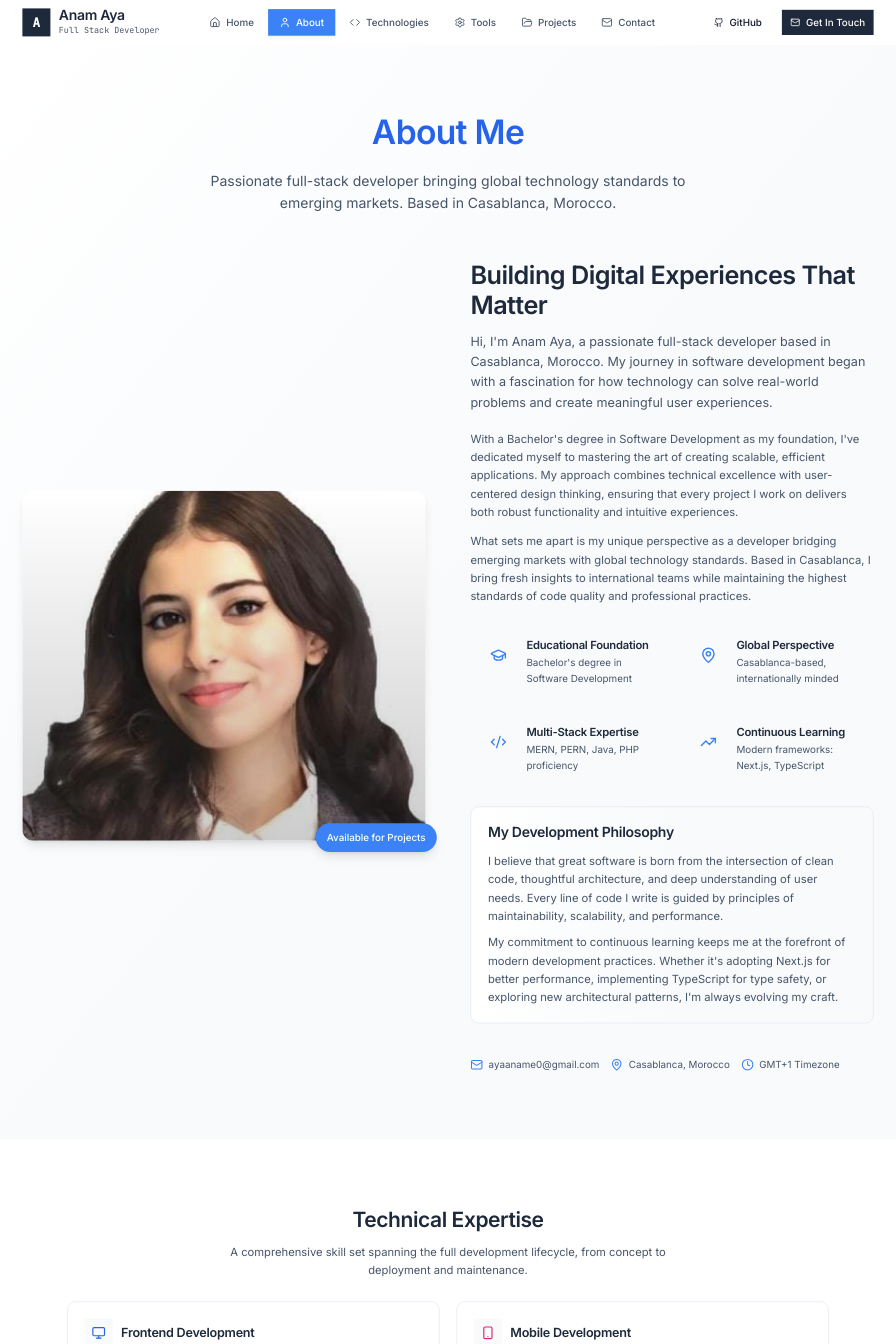
Repository: ayaaas/portflio_aya
Page: /about-me-personal-narrative
These files come from the project's save history. The page is drawn as it stood at one moment and after the next save; the edit follows.
The browser window is 1280 px wide. The pictures show the part of the page from y = 0 to 1920 px (the page is 4280 px tall), at 70% of full size.
The project was rebuilt for these pictures with package versions that can differ from the ones it lists, and the page was loaded fresh each time. Also part of the build but not shown: vite.config.mjs, src/components/ErrorBoundary.jsx, src/pages/hero-section-developer-portfolio/components/ProfileImage.jsx, src/pages/hero-section-developer-portfolio/components/AnimatedText.jsx, src/pages/hero-section-developer-portfolio/components/HeroContent.jsx, src/pages/hero-section-developer-portfolio/components/BackgroundPattern.jsx, src/pages/hero-section-developer-portfolio/components/ScrollIndicator.jsx, src/pages/hero-section-developer-portfolio/index.jsx and 23 more.

Above is the page before, as saved 2025-07-20 01:06:33.

### index.html
<!doctype html>
<html lang="en">

<head>
  <meta charset="utf-8" />
  <title>anam-aya-portfolio</title>
  <meta name="viewport" content="width=device-width, initial-scale=1.0" />
  <meta name="theme-color" content="#000000" />
  <meta name="description" content="Web site created using create-react-app" />
  <link rel="icon" href="/favicon.ico" />
  <link rel="manifest" href="/manifest.json" />
<script type="module" src="https://static.rocket.new/rocket-web.js?_cfg=https%3A%2F%2Fanamayap2173back.builtwithrocket.new&_be=https%3A%2F%2Fapplication.rocket.new&_v=0.1.6"></script>
</head>

<body>
  <noscript>You need to enable JavaScript to run this app.</noscript>
  <div class="dhiwise-code" id="root"></div>
  <script type="module" src="/src/index.jsx"></script>
</body>

</html>

### src/Routes.jsx
import React from "react";
import { BrowserRouter, Routes as RouterRoutes, Route } from "react-router-dom";
import ScrollToTop from "components/ScrollToTop";
import ErrorBoundary from "components/ErrorBoundary";
// Add your imports here
import HeroSectionDeveloperPortfolio from "pages/hero-section-developer-portfolio";
import AboutMePersonalNarrative from "pages/about-me-personal-narrative";
import ToolsProfessionalWorkflowDisplay from "pages/tools-professional-workflow-display";
import ContactCommunicationPortal from "pages/contact-communication-portal";
import TechnologiesInteractiveStackShowcase from "pages/technologies-interactive-stack-showcase";
import ProjectsCuratedCaseStudies from "pages/projects-curated-case-studies";
import NotFound from "pages/NotFound";

const Routes = () => {
  return (
    <BrowserRouter>
      <ErrorBoundary>
      <ScrollToTop />
      <RouterRoutes>
        {/* Define your routes here */}
        <Route path="/" element={<HeroSectionDeveloperPortfolio />} />
        <Route path="/hero-section-developer-portfolio" element={<HeroSectionDeveloperPortfolio />} />
        <Route path="/about-me-personal-narrative" element={<AboutMePersonalNarrative />} />
        <Route path="/tools-professional-workflow-display" element={<ToolsProfessionalWorkflowDisplay />} />
        <Route path="/contact-communication-portal" element={<ContactCommunicationPortal />} />
        <Route path="/technologies-interactive-stack-showcase" element={<TechnologiesInteractiveStackShowcase />} />
        <Route path="/projects-curated-case-studies" element={<ProjectsCuratedCaseStudies />} />
        <Route path="*" element={<NotFound />} />
      </RouterRoutes>
      </ErrorBoundary>
    </BrowserRouter>
  );
};

export default Routes;

### src/pages/about-me-personal-narrative/index.jsx
import React, { useEffect, useRef } from 'react';
import { Helmet } from 'react-helmet';
import Header from '../../components/ui/Header';
import ProfileImage from './components/ProfileImage';
import PersonalStory from './components/PersonalStory';
import SkillsOverview from './components/SkillsOverview';
import PersonalValues from './components/PersonalValues';
import Icon from '../../components/AppIcon';
import Button from '../../components/ui/Button';

const AboutMePersonalNarrative = () => {
  const sectionsRef = useRef([]);

  useEffect(() => {
    const observerOptions = {
      threshold: 0.1,
      rootMargin: '0px 0px -50px 0px'
    };

    const observer = new IntersectionObserver((entries) => {
      entries.forEach((entry) => {
        if (entry.isIntersecting) {
          entry.target.classList.add('fade-in', 'visible');
        }
      });
    }, observerOptions);

    sectionsRef.current.forEach((section) => {
      if (section) {
        observer.observe(section);
      }
    });

    return () => {
      sectionsRef.current.forEach((section) => {
        if (section) {
          observer.unobserve(section);
        }
      });
    };
  }, []);

  const addToRefs = (el) => {
    if (el && !sectionsRef.current.includes(el)) {
      sectionsRef.current.push(el);
    }
  };

  return (
    <>
      <Helmet>
        <title>About Me - Anam Aya | Full Stack Developer Portfolio</title>
        <meta
          name="description"
          content="Learn about Anam Aya, a passionate full-stack developer from Casablanca, Morocco. Discover my journey, values, and expertise in modern web development technologies."
        />
        <meta name="keywords" content="Anam Aya, Full Stack Developer, Casablanca, Morocco, React, Node.js, Software Development, Web Developer" />
        <meta property="og:title" content="About Me - Anam Aya | Full Stack Developer" />
        <meta property="og:description" content="Passionate full-stack developer bringing global technology standards to emerging markets. Based in Casablanca, Morocco." />
        <meta property="og:type" content="website" />
        <link rel="canonical" href="/about-me-personal-narrative" />
      </Helmet>

      <div className="min-h-screen bg-background">
        <Header />

        <main className="pt-16">
          {/* Hero Section */}
          <section
            ref={addToRefs}
            className="fade-in py-16 lg:py-24 bg-gradient-to-br from-background via-surface to-muted"
          >
            <div className="max-w-7xl mx-auto px-6 lg:px-8">
              <div className="text-center mb-16">
                <h1 className="text-4xl md:text-5xl font-bold text-blue-600 mb-6">
                  About Me
                </h1>
                <p className="text-xl text-text-secondary max-w-3xl mx-auto leading-relaxed">
                  Passionate full-stack developer bringing global technology standards to emerging markets. Based in Casablanca, Morocco.
                </p>
              </div>
              <div className="grid grid-cols-1 lg:grid-cols-2 gap-12 lg:gap-16 items-center">
                {/* Profile Image */}
                <div className="order-2 lg:order-1 -mt-26">
                  <ProfileImage />
                </div>

                {/* Personal Story */}
                <div className="order-1 lg:order-2">
                  <PersonalStory />
                </div>
              </div>
            </div>
          </section>

          {/* Skills Overview Section */}
          <section
            ref={addToRefs}
            className="fade-in py-16 lg:py-24 bg-background"
          >
            <div className="max-w-6xl mx-auto px-6 lg:px-8">
              <SkillsOverview />
            </div>
          </section>

          {/* Personal Values Section */}
          <section
            ref={addToRefs}
            className="fade-in py-16 lg:py-24 bg-surface"
          >
            <div className="max-w-6xl mx-auto px-6 lg:px-8">
              <PersonalValues />
            </div>
          </section>

          {/* Call to Action Section */}
          <section
            ref={addToRefs}
            className="fade-in py-16 lg:py-24 bg-gradient-to-r from-primary/5 to-accent/5"
          >
            <div className="max-w-4xl mx-auto px-6 lg:px-8 text-center">
              <div className="space-y-8">
                <div className="space-y-4">
                  <h2 className="text-3xl lg:text-4xl font-bold text-blue-600">
                    Let's Build Something Amazing Together
                  </h2>
                  <p className="text-lg text-text-secondary max-w-2xl mx-auto">
                    Ready to bring your ideas to life? I'm always excited to work on new projects
                    and collaborate with teams that value quality and innovation.
                  </p>
                </div>

                <div className="flex flex-col sm:flex-row gap-4 justify-center">
                  <Button
                    variant="default"
                    size="lg"
                    iconName="Mail"
                    iconPosition="left"
                    onClick={() => window.location.href = 'mailto:ayaaname0@gmail.com'}
                    className="hover-lift"
                  >
                    Start a Conversation
                  </Button>

                  <Button
                    variant="outline"
                    size="lg"
                    iconName="FolderOpen"
                    iconPosition="left"
                    onClick={() => window.location.href = '/projects-curated-case-studies'}
                    className="hover-lift"
                  >
                    View My Work
                  </Button>
                </div>

                {/* Contact Info */}
                <div className="flex flex-col sm:flex-row gap-6 justify-center items-center pt-8 border-t border-border">
                  <div className="flex items-center space-x-2 text-text-secondary">
                    <Icon name="Mail" size={18} className="text-accent" />
                    <span className="text-sm">ayaaname0@gmail.com</span>
                  </div>
                  <div className="flex items-center space-x-2 text-text-secondary">
                    <Icon name="MapPin" size={18} className="text-accent" />
                    <span className="text-sm">Casablanca, Morocco</span>
                  </div>
                  <div className="flex items-center space-x-2 text-text-secondary">
                    <Icon name="Clock" size={18} className="text-accent" />
                    <span className="text-sm">GMT+1 Available</span>
                  </div>
                </div>
              </div>
            </div>
          </section>
        </main>
      </div>
    </>
  );
};

export default AboutMePersonalNarrative;

### src/pages/about-me-personal-narrative/components/ProfileImage.jsx
import React from 'react';
import Image from '../../../components/AppImage';

const ProfileImage = () => {
  return (
    <div className="relative">
      <div className="relative overflow-hidden rounded-2xl shadow-lg hover-lift">
        <Image
          src="public/assets/images/WhatsApp Image 2025-01-27 à 13.09.23_03e1ada6.jpg"
          alt="Anam Aya - Full Stack Developer in his development environment"
          className="w-full h-[500px] object-cover"
        />
        <div className="absolute inset-0 bg-gradient-to-t from-black/20 to-transparent"></div>
      </div>

      {/* Floating Badge */}
      <div className="absolute -bottom-4 -right-4 bg-accent text-accent-foreground px-4 py-2 rounded-full shadow-lg">
        <span className="text-sm font-medium">Available for Projects</span>
      </div>

      {/* Decorative Elements */}
      <div className="absolute -top-4 -left-4 w-8 h-8 bg-primary/10 rounded-full"></div>
      <div className="absolute top-8 -right-2 w-4 h-4 bg-accent/20 rounded-full"></div>
    </div>
  );
};

export default ProfileImage;

### src/pages/about-me-personal-narrative/components/SkillsOverview.jsx
import React from 'react';
import Icon from '../../../components/AppIcon';

const SkillsOverview = () => {
const skillCategories = [
  {
    category: 'Frontend Development',
    icon: 'Monitor',
    skills: ['React.js', 'Next.js', 'TypeScript', 'Tailwind CSS', 'HTML5/CSS3'],
    color: 'text-blue-600'
  },
  {
    category: 'Mobile Development',
    icon: 'Smartphone',
    skills: ['Flutter', 'Dart', 'Audioplayers'],
    color: 'text-pink-600'
  },
  {
    category: 'Backend Development',
    icon: 'Server',
    skills: ['Node.js', 'Express.js', 'PHP', 'Java', 'RESTful APIs'],
    color: 'text-green-600'
  },
  {
    category: 'Database & Tools',
    icon: 'Database',
    skills: ['MongoDB', 'SQFLite', 'PostgreSQL', 'MySQL'],
    color: 'text-purple-600'
  },
  {
    category: 'Development Practices',
    icon: 'Settings',
    skills: ['Agile/Scrum', 'Code Review', 'Performance Optimization'],
    color: 'text-orange-600'
  }
];



  return (
    <div className="space-y-8">
      <div className="text-center space-y-4">
        <h2 className="text-2xl lg:text-3xl font-bold text-primary">
          Technical Expertise
        </h2>
        <p className="text-text-secondary max-w-2xl mx-auto">
          A comprehensive skill set spanning the full development lifecycle,
          from concept to deployment and maintenance.
        </p>
      </div>

      <div className="grid grid-cols-1 md:grid-cols-2 gap-6">
        {skillCategories.map((category, index) => (
          <div
            key={index}
            className="bg-card rounded-xl p-6 border border-border hover:shadow-lg transition-all-300 hover-lift"
          >
            <div className="flex items-center space-x-3 mb-4">
              <div className="w-10 h-10 bg-surface rounded-lg flex items-center justify-center">
                <Icon name={category.icon} size={20} className={category.color} />
              </div>
              <h3 className="text-lg font-semibold text-primary">{category.category}</h3>
            </div>

            <div className="flex flex-wrap gap-2">
              {category.skills.map((skill, skillIndex) => (
                <span
                  key={skillIndex}
                  className="px-3 py-1 bg-muted text-text-secondary text-sm rounded-full hover:bg-accent/10 hover:text-accent transition-all-300"
                >
                  {skill}
                </span>
              ))}
            </div>
          </div>
        ))}
      </div>

      {/* Experience Timeline */}
      <div className="bg-gradient-to-r from-primary/5 to-accent/5 rounded-xl p-6 border border-primary/10">
        <h3 className="text-xl font-semibold text-primary mb-6 text-center">Development Journey</h3>

        <div className="space-y-4">
          <div className="flex items-start space-x-4">
            <div className="w-3 h-3 bg-accent rounded-full mt-2 flex-shrink-0"></div>
            <div>
              <h4 className="font-medium text-primary">Full-Stack Development Focus</h4>
              <p className="text-sm text-text-secondary">
                Specializing in modern web applications with React, Node.js, and cloud deployment
              </p>
            </div>
          </div>

          <div className="flex items-start space-x-4">
            <div className="w-3 h-3 bg-primary rounded-full mt-2 flex-shrink-0"></div>
            <div>
              <h4 className="font-medium text-primary">Academic Foundation</h4>
              <p className="text-sm text-text-secondary">
                Bachelor's degree in Software Development with focus on algorithms and system design
              </p>
            </div>
          </div>

          <div className="flex items-start space-x-4">
            <div className="w-3 h-3 bg-success rounded-full mt-2 flex-shrink-0"></div>
            <div>
              <h4 className="font-medium text-primary">Continuous Learning</h4>
              <p className="text-sm text-text-secondary">
                Staying current with Next.js, TypeScript, and modern development practices
              </p>
            </div>
          </div>
        </div>
      </div>
    </div>
  );
};

export default SkillsOverview;

### src/components/ui/Button.jsx
import React from 'react';
import { Slot } from "@radix-ui/react-slot";
import { cva } from "class-variance-authority";
import { cn } from "../../utils/cn";
import Icon from '../AppIcon';

const buttonVariants = cva(
    "inline-flex items-center justify-center whitespace-nowrap rounded-md text-sm font-medium ring-offset-background transition-colors focus-visible:outline-none focus-visible:ring-2 focus-visible:ring-ring focus-visible:ring-offset-2 disabled:pointer-events-none disabled:opacity-50",
    {
        variants: {
            variant: {
                default: "bg-primary text-primary-foreground hover:bg-primary/90",
                destructive: "bg-destructive text-destructive-foreground hover:bg-destructive/90",
                outline: "border border-input hover:bg-accent hover:text-accent-foreground",
                secondary: "bg-secondary text-secondary-foreground hover:bg-secondary/80",
                ghost: "hover:bg-accent hover:text-accent-foreground",
                link: "text-primary underline-offset-4 hover:underline",
                success: "bg-success text-success-foreground hover:bg-success/90",
                warning: "bg-warning text-warning-foreground hover:bg-warning/90",
                danger: "bg-error text-error-foreground hover:bg-error/90",
            },
            size: {
                default: "h-10 px-4 py-2",
                sm: "h-9 rounded-md px-3",
                lg: "h-11 rounded-md px-8",
                icon: "h-10 w-10",
                xs: "h-8 rounded-md px-2 text-xs",
                xl: "h-12 rounded-md px-10 text-base",
            },
        },
        defaultVariants: {
            variant: "default",
            size: "default",
        },
    }
);

const Button = React.forwardRef(({
    className,
    variant,
    size,
    asChild = false,
    children,
    loading = false,
    iconName = null,
    iconPosition = 'left',
    iconSize = null,
    fullWidth = false,
    disabled = false,
    ...props
}, ref) => {
    const Comp = asChild ? Slot : "button";

    // Icon size mapping based on button size
    const iconSizeMap = {
        xs: 12,
        sm: 14,
        default: 16,
        lg: 18,
        xl: 20,
        icon: 16,
    };

    const calculatedIconSize = iconSize || iconSizeMap[size] || 16;

    // Loading spinner
    const LoadingSpinner = () => (
        <svg className="animate-spin -ml-1 mr-2 h-4 w-4" fill="none" viewBox="0 0 24 24">
            <circle className="opacity-25" cx="12" cy="12" r="10" stroke="currentColor" strokeWidth="4" />
            <path className="opacity-75" fill="currentColor" d="M4 12a8 8 0 018-8V0C5.373 0 0 5.373 0 12h4zm2 5.291A7.962 7.962 0 014 12H0c0 3.042 1.135 5.824 3 7.938l3-2.647z" />
        </svg>
    );

    // Icon rendering
    const renderIcon = () => {
        if (!iconName) return null;

        return (
            <Icon
                name={iconName}
                size={calculatedIconSize}
                className={cn(
                    children && iconPosition === 'left' && "mr-2",
                    children && iconPosition === 'right' && "ml-2"
                )}
            />
        );
    };

    return (
        <Comp
            className={cn(
                buttonVariants({ variant, size, className }),
                fullWidth && "w-full"
            )}
            ref={ref}
            disabled={disabled || loading}
            {...props}
        >
            {loading && <LoadingSpinner />}
            {iconName && iconPosition === 'left' && renderIcon()}
            {children}
            {iconName && iconPosition === 'right' && renderIcon()}
        </Comp>
    );
});

Button.displayName = "Button";

export default Button;

Loaded but not shown: src/index.jsx (common file); src/App.jsx (common file); src/styles/tailwind.css (library); src/styles/index.css (common file); src/components/ScrollToTop.jsx (common file); src/components/AppIcon.jsx (common file); src/components/AppImage.jsx (common file); src/utils/cn.js (common file); tailwind.config.js (148 lines, source omitted); src/components/ui/Header.jsx (183 lines, source omitted); src/pages/about-me-personal-narrative/components/PersonalValues.jsx (120 lines, source omitted); src/pages/about-me-personal-narrative/components/PersonalStory.jsx (114 lines, source omitted)

After the next save:
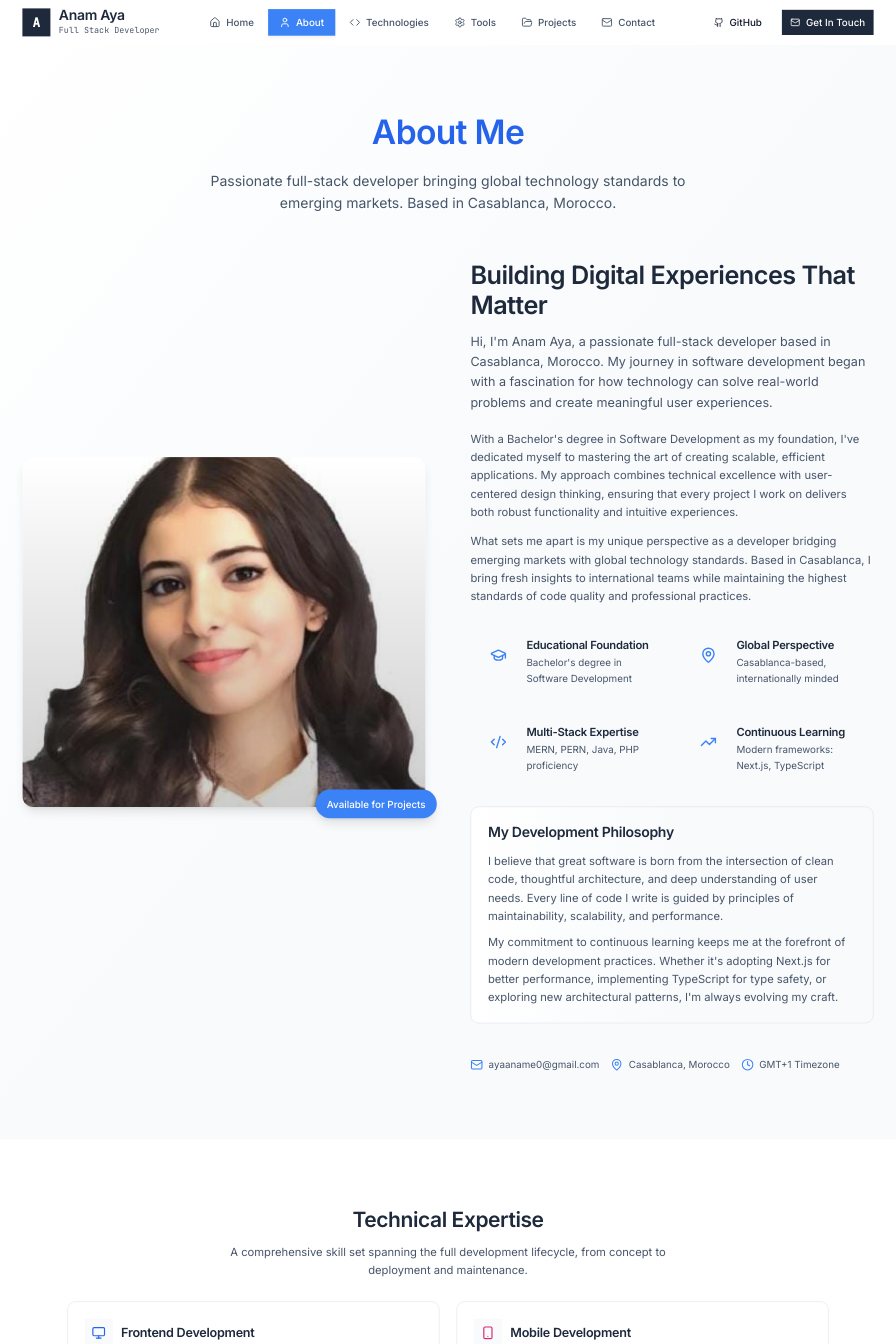
Saved 7 s later.
--- a/src/pages/about-me-personal-narrative/index.jsx
+++ b/src/pages/about-me-personal-narrative/index.jsx
@@ -81,7 +81,7 @@ const AboutMePersonalNarrative = () => {
               </div>
               <div className="grid grid-cols-1 lg:grid-cols-2 gap-12 lg:gap-16 items-center">
                 {/* Profile Image */}
-                <div className="order-2 lg:order-1 -mt-26">
+                <div className="order-2 lg:order-1 -mt-24">
                   <ProfileImage />
                 </div>
 
